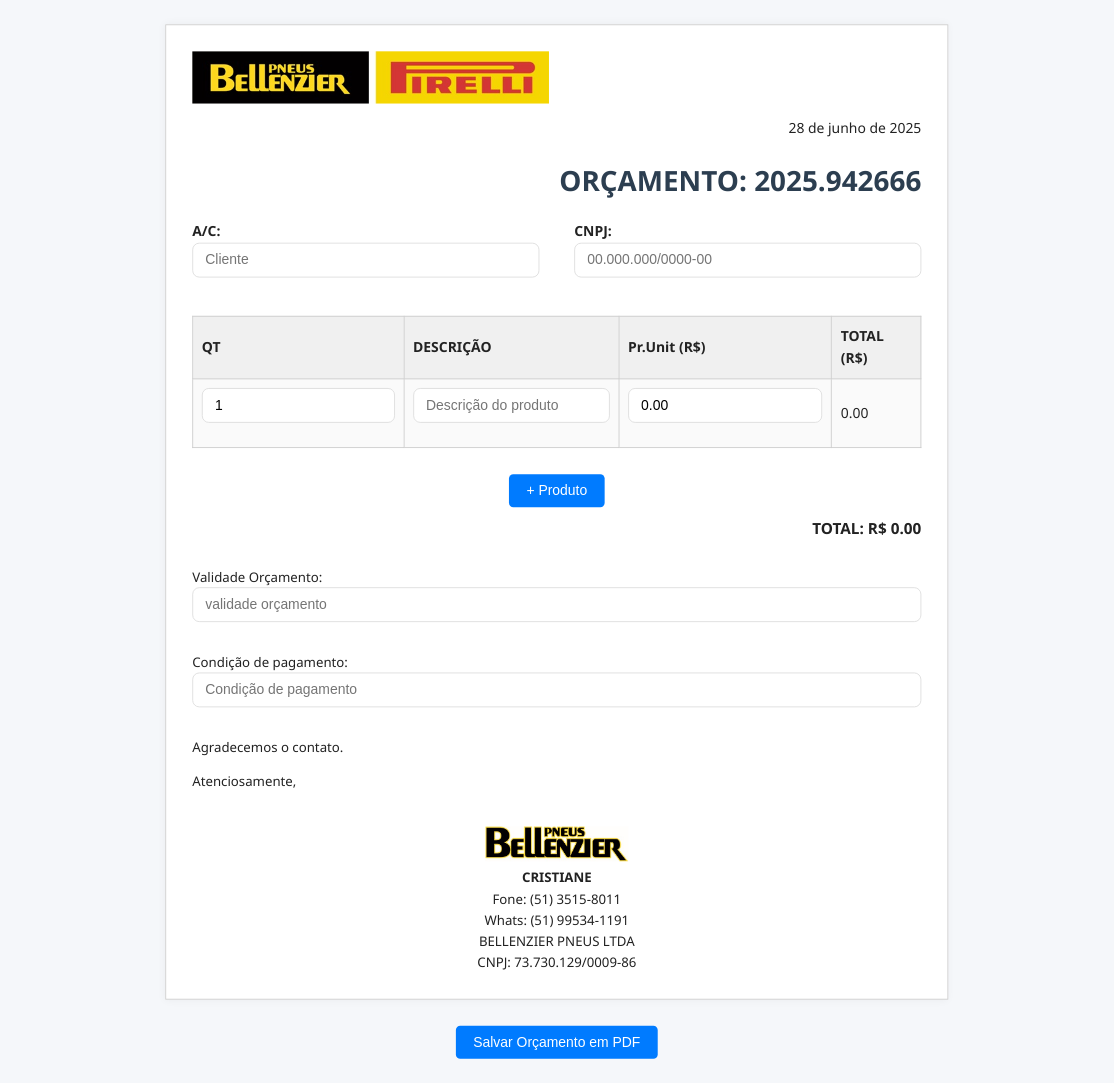
Repository: Cristiane-Sartori14/Orcamento
Page: index.html
These files come from the project's save history. The page is drawn as it stood at one moment and after the next save; the edit follows.
The browser window is 1280 px wide. The pictures show the whole page, at 87% of full size.

Above is the page before, as saved 2025-06-29 10:11:56.

### index.html
<!DOCTYPE html>
<html lang="pt-BR">
  <head>
    <meta charset="UTF-8" />
    <title>Orçamento Automático</title>
    <link rel="stylesheet" href="Styles.css">
    <script src="Script.js" defer></script>
    <script src="https://cdnjs.cloudflare.com/ajax/libs/html2pdf.js/0.10.1/html2pdf.bundle.min.js"></script>
  </head>
  <body>
    <div id="orcamentoArea">
      <div class="cabecalho">
        <img src="belle.png" alt="Logo Bellenzier" />
      </div>

      <div class="dados-topo">
        <p id="dataAtual"></p>
        <h1>ORÇAMENTO: <span id="numeroOrcamento"></span></h1>
      </div>

      <div class="linha">
        <label>
          A/C:
          <input type="text" id="ac" placeholder="Cliente" />
        </label>
        <p></p>
        <label>
          CNPJ:
          <input type="text" id="cnpj" placeholder="00.000.000/0000-00" />
        </label>
      </div>

      <table>
        <thead>
          <tr>
            <th>QT</th>
            <th>DESCRIÇÃO</th>
            <th>Pr.Unit (R$)</th>
            <th>TOTAL (R$)</th>
          </tr>
        </thead>
        <tbody id="corpoTabela">
          <tr>
            <td><input type="number" class="qtd" value="1" min="1" /></td>
            <td>
              <input
                type="text"
                class="descricao"
                placeholder="Descrição do produto"
              />
            </td>
            <td>
              <input type="number" class="valor" value="0.00" step="0.01" />
            </td>
            <td class="subtotal">0.00</td>
          </tr>
        </tbody>
      </table>

      <button class="botao" onclick="adicionarProduto()">+ Produto</button>

      <div class="totalGeral">TOTAL: R$ <span id="valorTotal">0.00</span></div>

      <div class="info-final">
        <label>
          <p></p>
          Validade Orçamento:
          <input type="text" id="val" placeholder="validade orçamento" />
        </label>

        <p></p>

        <label>
          Condição de pagamento:
          <input type="text" id="cond" placeholder="Condição de pagamento" />
        </label>

        <p>Agradecemos o contato.</p>
        <p>Atenciosamente,</p>
      </div>

      <div class="rodape">
        <img src="assin.png" alt="Logo Bellenzier" style="height: 40px" /><br />
        <strong>CRISTIANE</strong><br />
        Fone: (51) 3515-8011<br />
        Whats: (51) 99534-1191<br />
        BELLENZIER PNEUS LTDA<br />
        CNPJ: 73.730.129/0009-86
      </div>
    </div>

    <button class="botao" onclick="gerarPDF()">Salvar Orçamento em PDF</button>
  </body>
</html>

### Styles.css
:root {
  --primary-blue: #007bff;
  --primary-blue-hover: #0056b3;
  --green-dark: #1e7e34;
  --border-gray: #ccc;
  --background-light: #f5f7fa;
  --text-dark: #2c3e50;
  --input-border: #ddd;
  --input-border-focus: #3498db;
}

*,
*::before,
*::after {
  box-sizing: border-box;
}

body {
  font-family: "Segoe UI", Tahoma, Geneva, Verdana, sans-serif;
  background-color: var(--background-light);
  color: #222;
  line-height: 1.6;
  padding: 20px;
}

#orcamentoArea {
  background: #fff;
  max-width: 900px;
  margin: auto;
  padding: 30px;
  border: 1px solid var(--border-gray);
  box-shadow: 0 0 10px rgba(0, 0, 0, 0.05);
}

.cabecalho {
  display: flex;
  justify-content: space-between;
  align-items: center;
}

.cabecalho img {
  height: 60px;
}

.dados-topo {
  text-align: right;
}

h1,
h2,
h3 {
  color: var(--text-dark);
  margin-bottom: 20px;
  font-weight: 700;
}

.linha {
  display: flex;
  gap: 20px;
  margin-top: 20px;
}

.linha label {
  flex: 1;
  font-weight: bold;
  display: block;
  margin-bottom: 6px;
}

input[type="text"],
input[type="number"],
select,
textarea {
  width: 100%;
  padding: 10px 14px;
  margin-bottom: 18px;
  border: 1.8px solid var(--input-border);
  border-radius: 8px;
  font-size: 1rem;
  transition: border-color 0.3s ease;
}

input[type="text"]:focus,
input[type="number"]:focus,
select:focus,
textarea:focus {
  border-color: var(--input-border-focus);
  outline: 3px solid var(--input-border-focus);
  outline-offset: 2px;
}

table {
  width: 100%;
  margin-top: 20px;
  border-collapse: collapse;
}

th,
td {
  border: 1px solid var(--border-gray);
  padding: 10px;
  text-align: left;
}

th {
  background: #f0f0f0;
}

tbody tr:nth-child(odd) {
  background-color: #fafafa;
}

tbody tr:hover {
  background-color: #e9f0fb;
}

#totalGeral {
  font-weight: bold;
  font-size: 18px;
  color: var(--green-dark);
}

.totalGeral {
  text-align: right;
  font-size: 1.1em;
  font-weight: bold;
  margin-top: 10px;
}

.info-final {
  margin-top: 30px;
  font-size: 0.95em;
}

.rodape {
  text-align: center;
  margin-top: 40px;
  font-size: 0.95em;
}

.botao {
  display: block;
  margin: 30px auto 0;
  background: var(--primary-blue);
  color: white;
  padding: 10px 20px;
  border: none;
  border-radius: 5px;
  font-size: 16px;
  cursor: pointer;
  transition: background-color 0.3s ease, transform 0.2s ease;
}

.botao:hover {
  background: var(--primary-blue-hover);
  transform: scale(1.05);
}

.botao:active {
  transform: scale(0.98);
  background-color: #004080;
}

@media (max-width: 600px) {
  #orcamentoArea {
    padding: 15px;
    width: 95%;
  }

  .linha {
    flex-direction: column;
    gap: 10px;
  }
}

### Script.js
document.addEventListener("DOMContentLoaded", () => {
  const hoje = new Date();
  const dataFormatada = hoje.toLocaleDateString("pt-BR", {
    day: "2-digit",
    month: "long",
    year: "numeric",
  });
  document.getElementById("dataAtual").textContent = dataFormatada;
  document.getElementById("numeroOrcamento").textContent =
    new Date().getFullYear() +
    "." +
    Math.floor(100000 + Math.random() * 900000);
  document
    .querySelectorAll(".qtd, .valor")
    .forEach((input) => input.addEventListener("input", atualizarTotais));
  atualizarTotais();
});

document.getElementById("cnpj").addEventListener("input", function (e) {
  let valor = e.target.value.replace(/\D/g, ""); // remove tudo que não é número

  if (valor.length > 14) valor = valor.slice(0, 14); // limita a 14 dígitos

  let formatado = valor;
  if (valor.length >= 3) formatado = valor.slice(0, 2) + "." + valor.slice(2);
  if (valor.length >= 6)
    formatado = formatado.slice(0, 6) + "." + valor.slice(5);
  if (valor.length >= 9)
    formatado = formatado.slice(0, 10) + "/" + valor.slice(8);
  if (valor.length >= 13)
    formatado = formatado.slice(0, 15) + "-" + valor.slice(12);

  e.target.value = formatado;
});

function atualizarTotais() {
  let total = 0;
  document.querySelectorAll("#corpoTabela tr").forEach((linha) => {
    const qtd = parseFloat(linha.querySelector(".qtd")?.value || 0);
    const valor = parseFloat(linha.querySelector(".valor")?.value || 0);
    const subtotal = qtd * valor;
    linha.querySelector(".subtotal").textContent = subtotal.toFixed(2);
    total += subtotal;
  });
  document.getElementById("valorTotal").textContent = total.toFixed(2);
}

function adicionarProduto() {
  const linha = document.createElement("tr");
  linha.innerHTML = `
        <td><input type="number" class="qtd" value="1" min="1" /></td>
        <td><input type="text" class="descricao" placeholder="Descrição do produto" /></td>
        <td><input type="number" class="valor" value="0.00" step="0.01" /></td>
        <td class="subtotal">0.00</td>
      `;
  document.getElementById("corpoTabela").appendChild(linha);
  linha.querySelector(".qtd").addEventListener("input", atualizarTotais);
  linha.querySelector(".valor").addEventListener("input", atualizarTotais);
}

function gerarPDF() {
  console.log("Gerando PDF...");
  const area = document.getElementById("orcamentoArea");
  const opt = {
    margin: 10,
    filename: `Orcamento_${Date.now()}.pdf`,
    image: { type: "jpeg", quality: 0.98 },
    html2canvas: { scale: 2 },
    jsPDF: { unit: "mm", format: "a4", orientation: "portrait" },
  };
  html2pdf().set(opt).from(area).save();
}

After the next save:
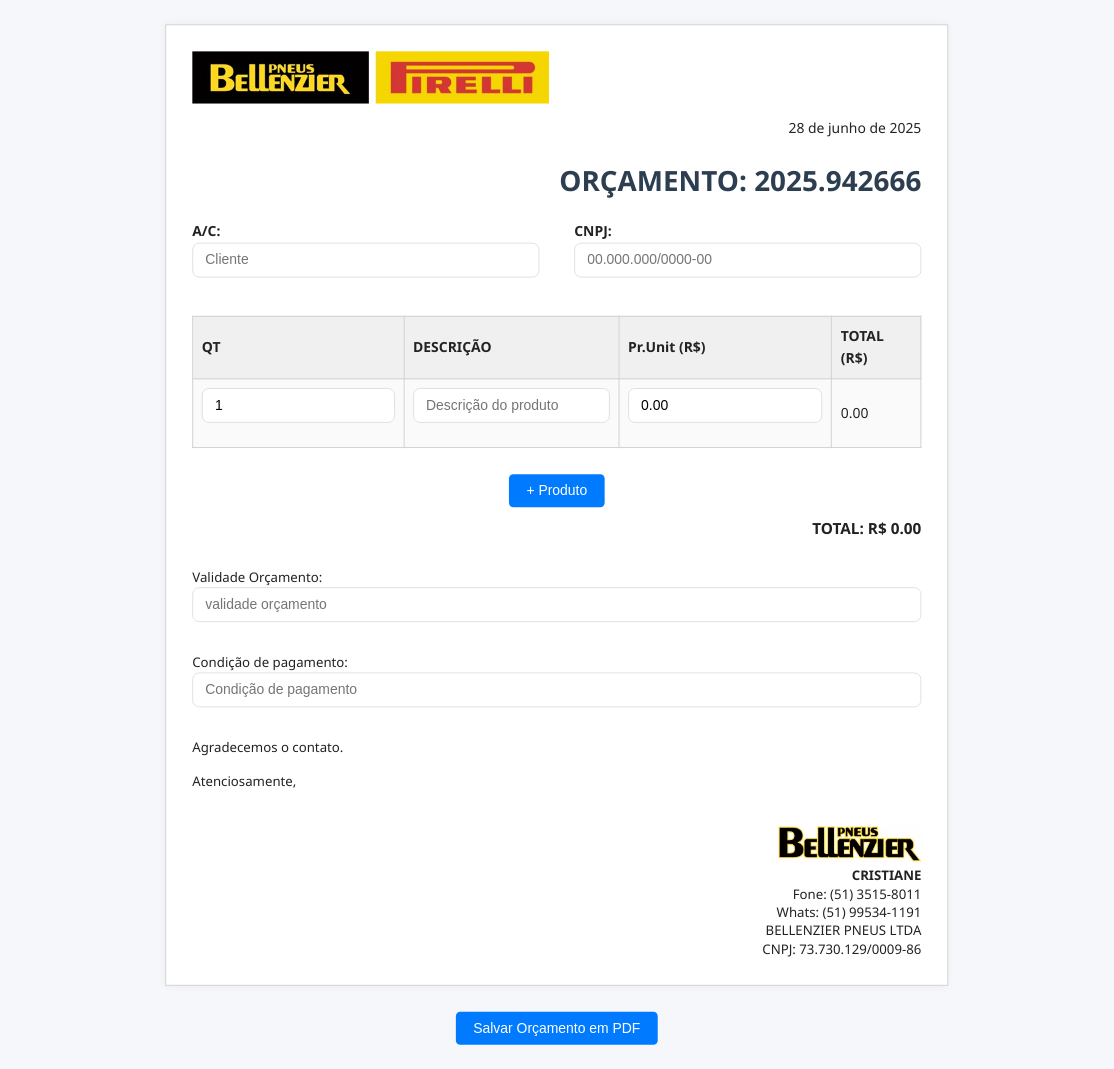
Saved 6 min 37 s later.
--- a/Styles.css
+++ b/Styles.css
@@ -133,9 +133,10 @@
 }
 
 .rodape {
-  text-align: center;
+  text-align: right;
   margin-top: 40px;
   font-size: 0.95em;
+  line-height: 1.4;
 }
 
 .botao {
